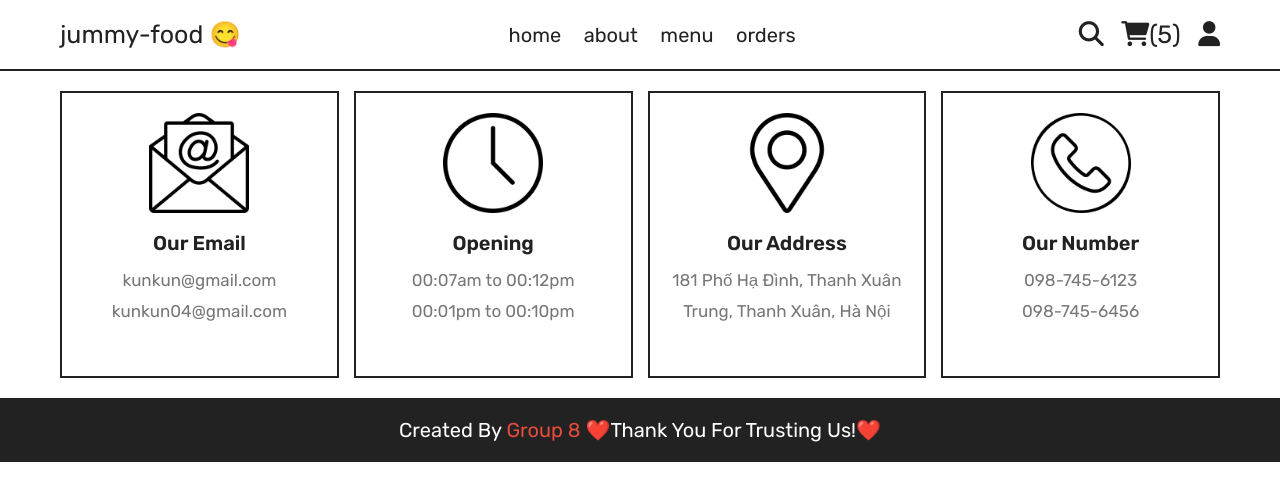
Repository: VuongLinhDinh/jummy_food
Page: orders.html
These files come from the project's save history. The page is drawn as it stood at one moment and after the next save; the edit follows.
The browser window is 1280 px wide. The pictures show the whole page.
Some web libraries are served in a nearby version.

Above is the page before, as saved 2023-11-09 23:19:16.

After the next save:
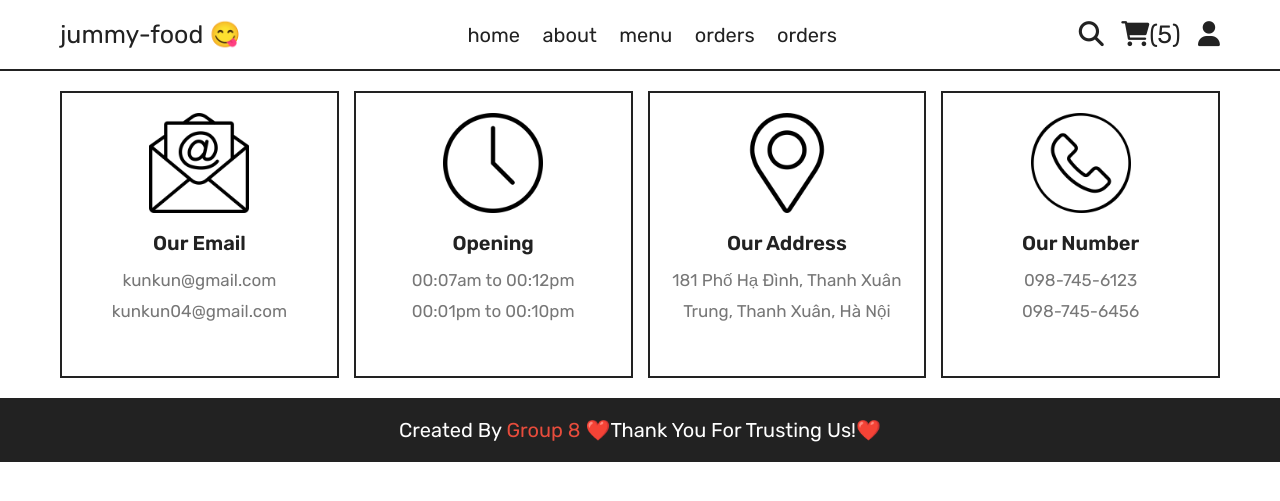
Saved 14 s later.
--- a/orders.html
+++ b/orders.html
@@ -18,6 +18,7 @@
                 <a href="home.html">home</a>
                 <a href="about.html">about</a>
                 <a href="menu.html">menu</a>
+                <a href="orders.html">orders</a>
                 <a href="orders.html">orders</a>
             </nav>
             <div class="icons">
